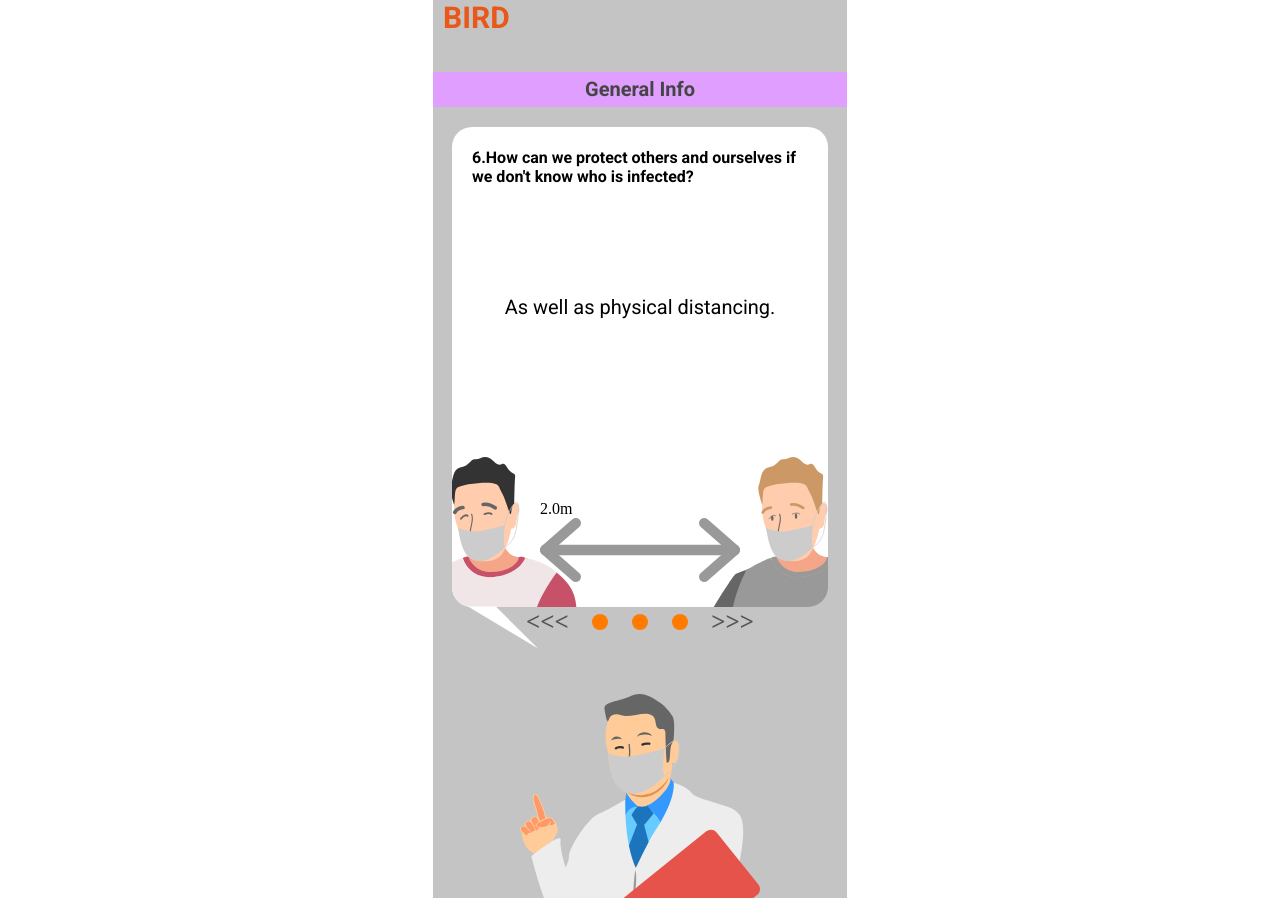
Repository: Levic559/BIRD
Page: General_info-6/3.html
An editor plug-in stored every save of this project. The page is shown before and after the next save, followed by the edit.
The browser window is 1280 px wide. The pictures show the whole page.
After loading, the first visible `#safetyButton` was clicked once.

Above is the page before, as saved 2021-03-11 01:23:42.
Console error: TypeError: Cannot read properties of null (reading 'style')

### General_info-6/3.html
<!DOCTYPE html>
<html lang="en">
<head>
  <meta charset="UTF-8">
  <meta http-equiv="X-UA-Compatible" content="IE=edge">
  <meta name="viewport" content="width=device-width, initial-scale=1.0">
  <title>General Info 6-3</title>
  <link rel="stylesheet" href="../4-6styles/mystyle.css">
  <link rel="preconnect" href="https://fonts.gstatic.com">
  <link href="https://fonts.googleapis.com/css2?family=Roboto:wght@100;400;700&display=swap" rel="stylesheet">
</head>
<body>
  <div class="wrap">
    <div class="pages">
      <div class="header"></div>
      <div class="banner"></div>
      <div class="infographic">
        <h4 class="infographicQ">
          6.How can we protect others and ourselves if we don't know who is infected?
        </h4>
        <p class="infographicText">
          As well as physical distancing.
        </p>

        <div class="scContainer">
          <div class="infographicImg left" id="leftdude">
            <img src="../assets/patient-mask1.svg">
          </div>

          <div class="infographicImg right" id="rightdude">
            <img src="../assets/patient-mask2.svg">
          </div>
        </div>

        <div id="distancing" style="
          opacity: 0;
          position: absolute;
          width: 200px;
          height: 100px;
          top: 500px;

        ">
          <div>
            2.0m
          </div>
          <img src="../assets/distancing.svg">
        </div>

        <div class="safetyButton" id="safetyButton" onclick="movedudes()">
          Click for safety
        </div>

      </div>
      <div class="triangle">
        <img src="../assets/chat-triangle.svg" class="triangleimg">
      </div>
      <div class="BtnPages"></div>
      <div class="Speaker">
        <img src="../assets/doctor-hand.svg" onmouseover="HandleDoctorOn()"
        onmouseout="HandleDoctorOut()" class="doctor">
      </div>
    </div>
</div>
</body>
<script src="../4-6styles/1_animations.js"></script>
<script src="../comps/Logo/index.js"></script>
<script src="../comps/Banner/index.js"></script>
<script src="../comps/BtnPages/index.js"></script>
<script src="3.js"></script>
<script>
        function HandleDoctorOn ()
  {
    document.querySelector(".doctor").src ="../assets/doctor.svg"
    document.querySelector(".doctor").style.width = "100%"
    document.querySelector(".doctor").style.height = "100%"
  }
  function HandleDoctorOut ()
  {
    document.querySelector(".doctor").src ="../assets/doctor-hand.svg"
    document.querySelector(".doctor").style.width = ""
    document.querySelector(".doctor").style.height = ""
  }
</script>
</html>

### 4-6styles/mystyle.css
body {
  margin: 0;
  padding: 0;
}

.wrap{
  width: 100vw;
  height: 100vh;
  box-sizing: border-box;
  position: relative;
  display: flex;
  flex-direction: row;
}
.pages{
  margin: 0 auto;
  width: 414px;
  height: 898px;
  display: flex;
  flex-direction: column;
  background-color: #C4C4C4;
  overflow: hidden;
}
.header{
  width: 414px;
  height: 85px;
  padding-left: 10px;
}
.banner{
  width: 414px;
  height: 35px;
  margin: 0 ;
  padding: 0;
}
.bgcWhite{
  background-color: #fff;
}

.infographic {
  width: 376px;
  min-height: 480px;
  max-height: 480px;
  margin-top: 20px;
  background-color: white;
  border-radius: 20px;
  align-self: center;
  display: flex;
  flex-direction: column;
  align-items: center;
  justify-content: space-between;
  overflow: hidden;
}

.triangle {
  width: 70px;
  height: 70px;
  overflow: hidden;
  position: relative;
  left: 35px;
  bottom: 9px;
}

.triangleimg {
  width: 100%;
  height: 100%;
}

.BtnPages {
  align-self: center;
  position: relative;
  bottom: 58px;
}

.Speaker {
  width: 240px;
  height: 240px;
  overflow: hidden;
  align-self: center;
}

.infographicImg {
  width: 240px;
  height: 200px;
  overflow: hidden;
}

.scContainer {
  width: 100%;
  height: 200px;
  display: flex;
  flex-direction: row;
  justify-content: center;
  position: relative;
  top: 50px;
}

.right {
  position: relative;
  left: 0px;
}
.left {
  position: relative;
  right: 0px;
}


.infographicQ {
  font-family: Roboto;
  padding-left: 20px;
  padding-right: 20px;
}

.infographicText {
  font-family: Roboto;
  font-size: 20px;
  padding-left: 20px;
  padding-right: 20px;
}

.safetyButton {
  position: absolute;
  display: flex;
  flex-direction: column;
  justify-content: space-around;
  align-items: center;
  width: 130px;
  height: 30px;
  border-radius: 10px;
  background-color: #FF7A00;
  opacity: 0.7;
  top:350px;
  font-family: Roboto;
  font-size: 16px;
}

.safetyButton:hover
{
  opacity: 1;
}




@keyframes appear {
  0% {
    opacity: 0;
  }
  100% {
    opacity: 1;
  }
}

 @keyframes moveright {
  0% {
    left: 0px;
  }
  100% {
    left: 60px;
  }
}

@keyframes moveleft {
  0% {
    right: 0px;
  }
  100% {
    right: 60px;
  }
}

### 4-6styles/1_animations.js
function virusTwo () {
    var first = document.getElementById("vTwo")
    first.style.WebkitAnimation = "appear 0.5s linear"
    first.style.opacity = 1;
}
function virusThree () {
    var second = document.getElementById("vThree")
    second.style.WebkitAnimation = "appear 0.5s linear"
    second.style.opacity = 1;
}

setTimeout(virusTwo, 2000)
setTimeout(virusThree, 4000)

function maskOn () {
    var patient = document.getElementById("maskon")
    var button = document.getElementById("safetyButton")

    patient.style.WebkitAnimation = "appear 0.5s linear"
    patient.style.opacity = 1;

    button.style.display = "none"
}

function movedudes () {
    var mask1 = document.getElementById("leftdude")
    mask1.style.WebkitAnimation = "moveleft 1s ease-in-out"
    mask1.style.right = "60px"

    var mask2 = document.getElementById("rightdude")
    mask2.style.WebkitAnimation = "moveright 1s ease-in-out"
    mask2.style.left = "60px"

    var button = document.getElementById("safetyButton")
    button.style.display = "none"

    var distancing = document.getElementById("distancing")
    distancing.style.WebkitAnimation = "appear 2 linear"
    distancing.style.opacity = 1
}

### comps/Logo/index.js
function LogoUI(fontSize="84",fontWeight="700", Scolor="grey"){
  return`
  <div style="
  font-size:${fontSize}px;
  font-weight:${fontWeight};
  font-family: Roboto;
  position:absolute;
  color:#E95719;
  text-shadow:3px 3px 3px ${Scolor} ;
  transition: opactity 0.3s; left 0.5s;
  opacity:1;
  onmouseover="LogoUI.HandleMouseover(this)";
  onmouseout="LogoUI.HandleMouseout(this)";
  onclick="LogoUI.Handleclick(this)";
  >BIRD</div>

  `
}

LogoUI.HandleMouseover = (el) =>{
  el.style.opacity = 0.75;
}

LogoUI.HandleMouseout = (el) =>{
  el.style.opacity = 1;
}

LogoUI.Handleclick = (el) =>{
  el.style.top = "-20px";
  el.style.fontSize="550%";
}

// export  const Logo = LogoUI();

### comps/Banner/index.js
function BannerUI(text="Covid-19"){
  return`
  <div style="
  width:414px;
  height:35px;
  font-size:20px;
  line-height: 35px;
  text-align: center;
  font-weight:700;
  font-family: Roboto;
  background-color:#E09EFF;
  color:#454545;
  ">${text}</div>

  `
}

// export  const Banner = BannerUI();

### comps/BtnPages/index.js
function BtnPagesUI (circleTwo="#9A9999", circleThree="#9A9999", lastPage="../General_info_structure/General_info-1.html", nextPage="../General_info_structure/General_info-1.html")
{
    return`
        <div style="
            display: flex;
            flex-direction: row;
            max-width: 228px;
            min-width: 228px;
            justify-content: space-between;
            align-items: center;
        ">
            <div style="
                font-size: 25px;
                font-weight: bold;
                color: #545454;
                transition: text-shadow 0.3s;
            "
            onmouseover='BtnPagesUI.HandleMouseOver1(this)'
            onmouseout='BtnPagesUI.HandleMouseOut1(this)'
            onclick='window.location.href="${lastPage}"'
            > <<< </div>

            <div style="
                width: 16px;
                height: 16px;
                border-radius: 50%;
                background-color: #FF7A00;
                transition: border 0.3s;
            "
            onmouseover='BtnPagesUI.HandleMouseOver2(this)'
            onmouseout='BtnPagesUI.HandleMouseOut2(this)'
            onclick='window.location.href="../General_info-1/1.html"'
            ></div>
            <div style="
                width: 16px;
                height: 16px;
                border-radius: 50%;
                background-color: ${circleTwo};
                transition: border 0.3s;
            "
            onmouseover='BtnPagesUI.HandleMouseOver2(this)'
            onmouseout='BtnPagesUI.HandleMouseOut2(this)'
            onclick='window.location.href="../General_info-3/1.html"'
            ></div>
            <div style="
                width: 16px;
                height: 16px;
                border-radius: 50%;
                background-color: ${circleThree};
                transition: border 0.3s;
            "
            onmouseover='BtnPagesUI.HandleMouseOver2(this)'
            onmouseout='BtnPagesUI.HandleMouseOut2(this)'
            onclick='window.location.href="../General_info-5/1.html"'
            ></div>

            <div style ="
                font-size: 25px;
                font-weight: bold;
                color: #545454;
                transition: text-shadow 0.3s;
            "
            onmouseover='BtnPagesUI.HandleMouseOver1(this)'
            onmouseout='BtnPagesUI.HandleMouseOut1(this)'
            onclick='window.location.href="${nextPage}"'
            > >>> </div>
        </div>
    `
}

BtnPagesUI.HandleMouseOver1 = (el) => {
    el.style.textShadow = "0px 0px 3px black"
}

BtnPagesUI.HandleMouseOut1 = (el) => {
    el.style.textShadow = "0px 0px 0px #545454"
}

BtnPagesUI.HandleMouseOver2 = (el) => {
    el.style.border = " 2px solid #545454"
}
BtnPagesUI.HandleMouseOut2 = (el) => {
    el.style.border = " 0px solid #545454"
}



//export const BtnPages = BtnPagesUI()

### General_info-6/3.js
document.querySelector(".header").innerHTML += LogoUI(30,700, "#C4C4C4");
document.querySelector(".banner").innerHTML += BannerUI("General Info")
document.querySelector(".BtnPages").innerHTML += BtnPagesUI("#FF7A00", "#FF7A00", "2.html", "4.html" );

After the next save:
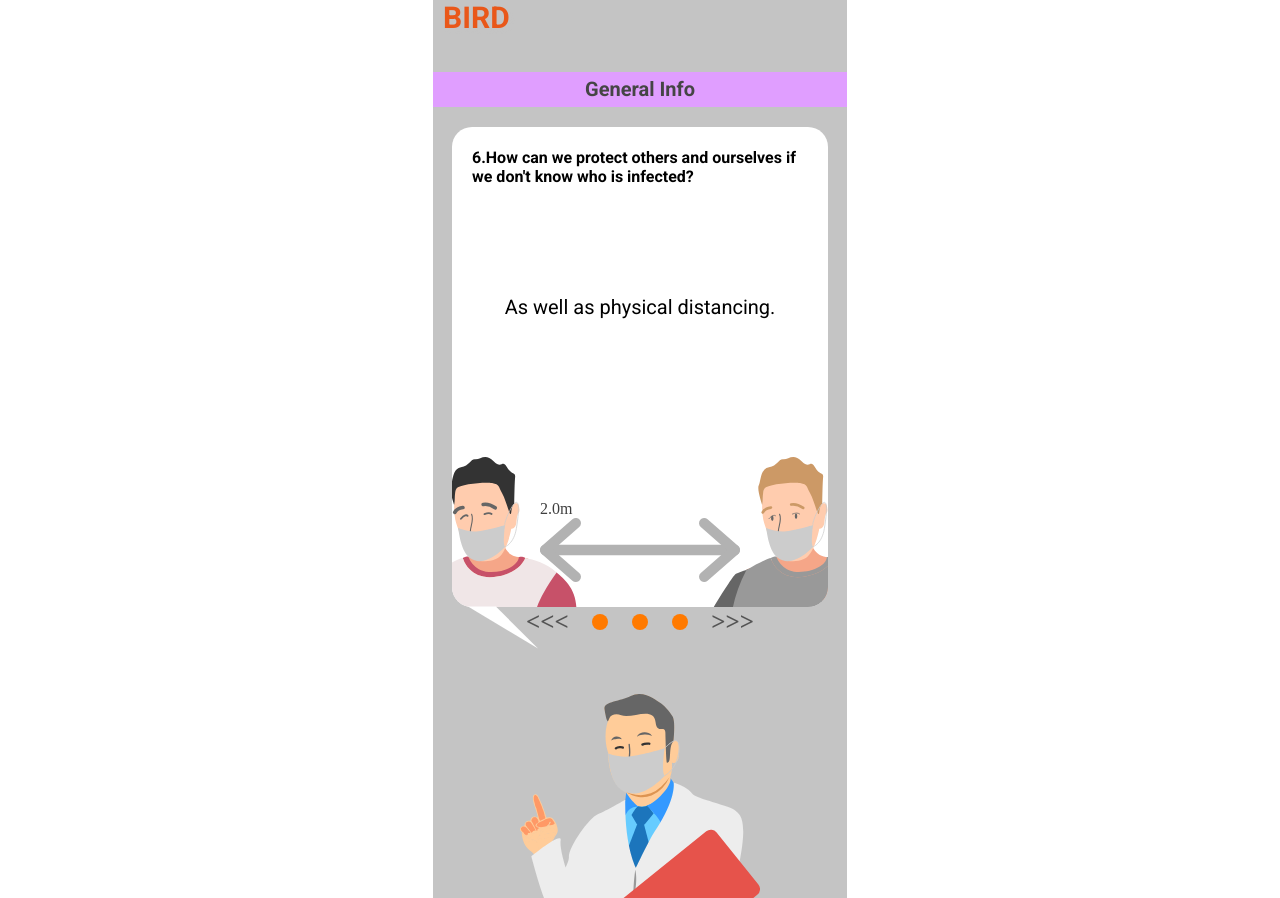
Saved 8 s later.
--- a/4-6styles/1_animations.js
+++ b/4-6styles/1_animations.js
@@ -35,6 +35,6 @@ function movedudes () {
     button.style.display = "none"
 
     var distancing = document.getElementById("distancing")
-    distancing.style.WebkitAnimation = "appear 2 linear"
+    distancing.style.WebkitAnimation = "appear 2s linear"
     distancing.style.opacity = 1
 }
